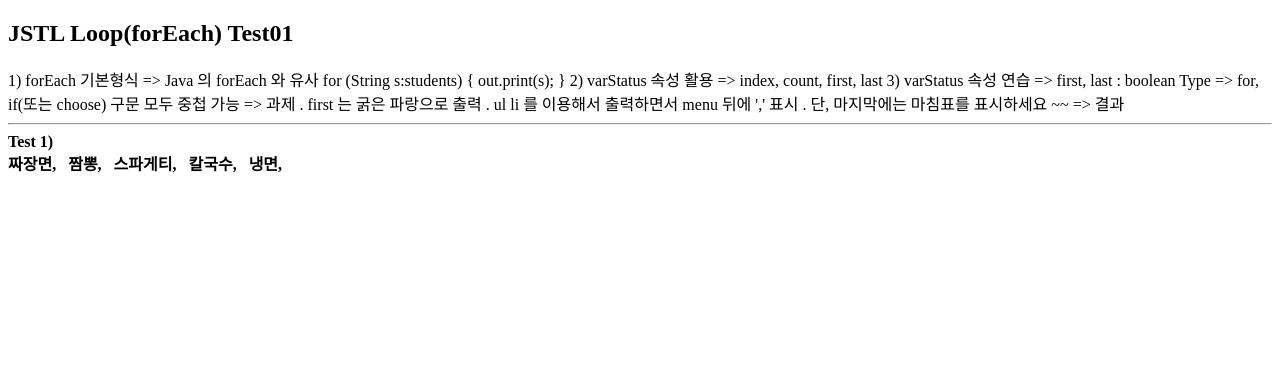
Repository: nameground/Java
Page: http://localhost/Web01/jsp05_JSTL/ex03_For01.jsp
These files come from the project's save history. The page is drawn as it stood at one moment and after the next save; the edit follows.
The browser window is 1280 px wide. The pictures show the whole page.
The page is served by Tomcat 9. Nobody is signed in. The application's start-up code is not run. Other server files are loaded and not shown.

Above is the page before, as saved 2023-10-13 07:45:56.

### mTest/Mywork/Web01/src/main/webapp/jsp05_JSTL/ex03_For01.jsp
<%@ page language="java" contentType="text/html; charset=UTF-8"
    pageEncoding="UTF-8"%>
<%@ taglib uri="http://java.sun.com/jsp/jstl/core" prefix="c" %>
<!DOCTYPE html>
<html>
<head>
<meta charset="UTF-8">
<title>JSTL Loop(forEach) Test01</title>
<%
	String [] menu = {"짜장면", "짬뽕", "스파게티", "칼국수", "냉면"};
	pageContext.setAttribute("menuList", menu);
%>
</head>
<body>
<h2>JSTL Loop(forEach) Test01</h2>
1) forEach 기본형식
=> Java 의 forEach 와 유사
   for (String s:students) {  out.print(s); }

2) varStatus 속성 활용
=> index, count, first, last

3) varStatus 속성 연습
=> first, last : boolean Type
=> for, if(또는 choose) 구문 모두 중첩 가능
=> 과제
   . first 는 굵은 파랑으로 출력
   . ul li 를 이용해서 출력하면서 menu 뒤에 ',' 표시
   . 단, 마지막에는 마침표를 표시하세요 ~~
=> 결과
</pre><hr>
<b>
Test 1) <br>
<c:forEach var="menu" items="${menuList}">
	${menu}, &nbsp;
</c:forEach>

</body>
</html>

After the next save:
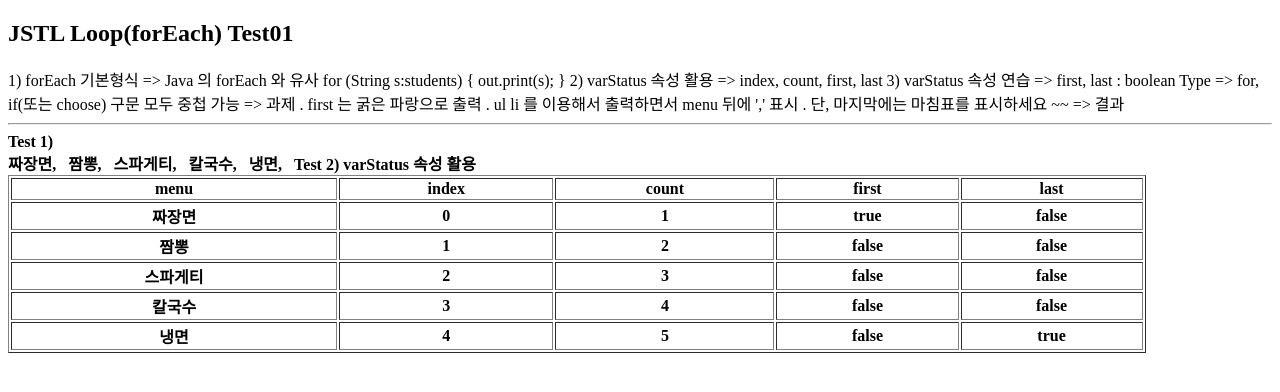
Saved 9 min 38 s later.
--- a/mTest/Mywork/Web01/src/main/webapp/jsp05_JSTL/ex03_For01.jsp
+++ b/mTest/Mywork/Web01/src/main/webapp/jsp05_JSTL/ex03_For01.jsp
@@ -35,5 +35,25 @@ Test 1) <br>
 	${menu}, &nbsp;
 </c:forEach>
 
+Test 2) varStatus 속성 활용
+<table border="1" style="text-align:center; width:90%;">
+	<tr>
+		<th>menu</th>
+		<th>index</th>
+		<th>count</th>
+		<th>first</th>
+		<th>last</th>
+	</tr>
+	<c:forEach var="menu" items="${menuList}" varStatus="vs">
+		<tr>
+			<td>${menu}</td>
+			<td>${vs.index}</td>
+			<td>${vs.count}</td>
+			<td>${vs.first}</td>
+			<td>${vs.last}</td>
+		</tr>
+	</c:forEach>
+</table>
+<br>
 </body>
 </html>
